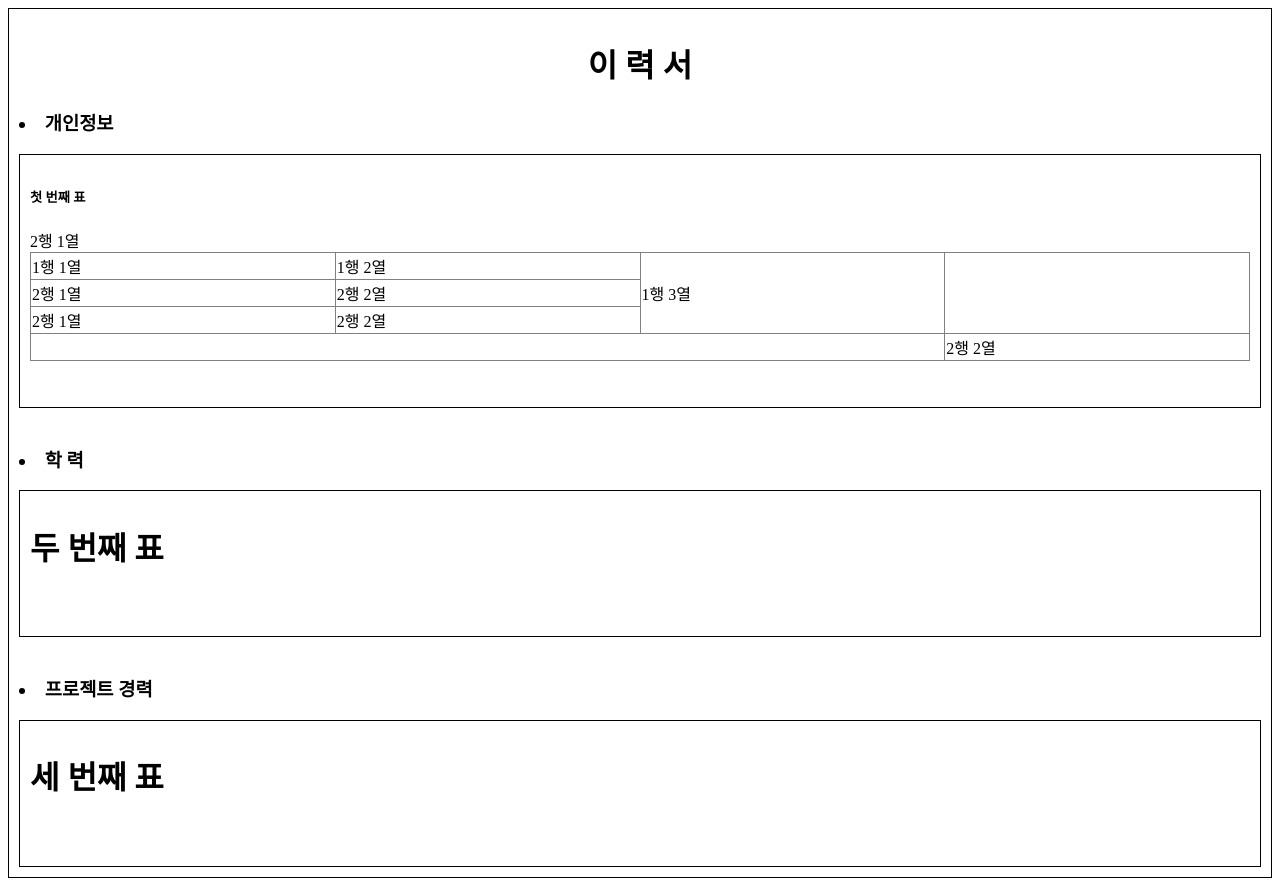
Repository: porivas/140630_Java
Page: http://localhost/web4_resume/resume.jsp
An editor plug-in stored every save of this project. The page is shown before and after the next save, followed by the edit.
The browser window is 1280 px wide. The pictures show the whole page.
The page is served by Tomcat 9.

Above is the page before, as saved 2014-09-25 06:08:23.

After the next save:
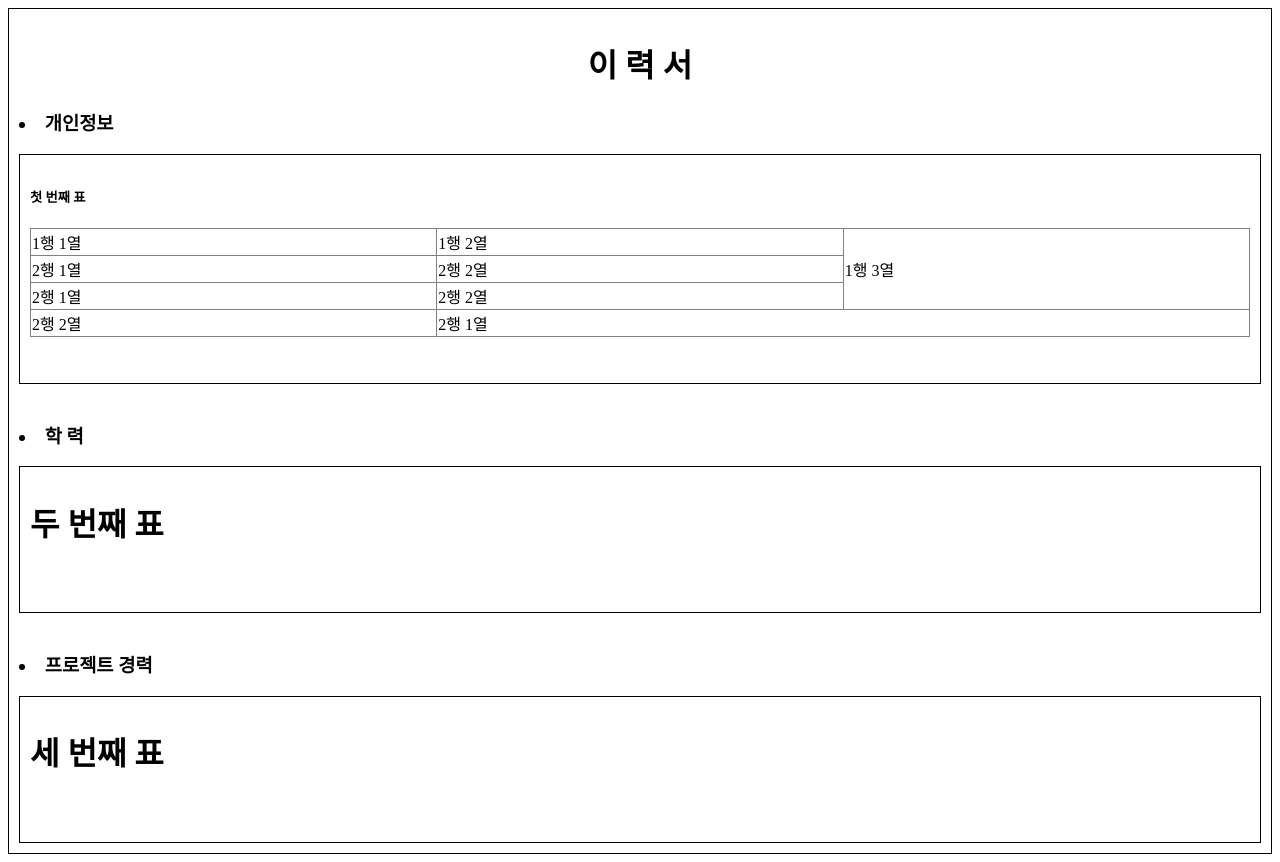
Saved 16 s later.
--- a/web4_resume/WebContent/resume.jsp
+++ b/web4_resume/WebContent/resume.jsp
@@ -29,7 +29,7 @@
 				<td> 2행 1열 </td>	<td> 2행 2열 </td>
 			</tr>
 			<tr>
-				<td  colspan=3><td> 2행 2열 </td> 2행 1열 </td>
+				<td> 2행 2열 </td><td  colspan=2> 2행 1열 </td>
 			</tr>
 		</table>
 		<br>
